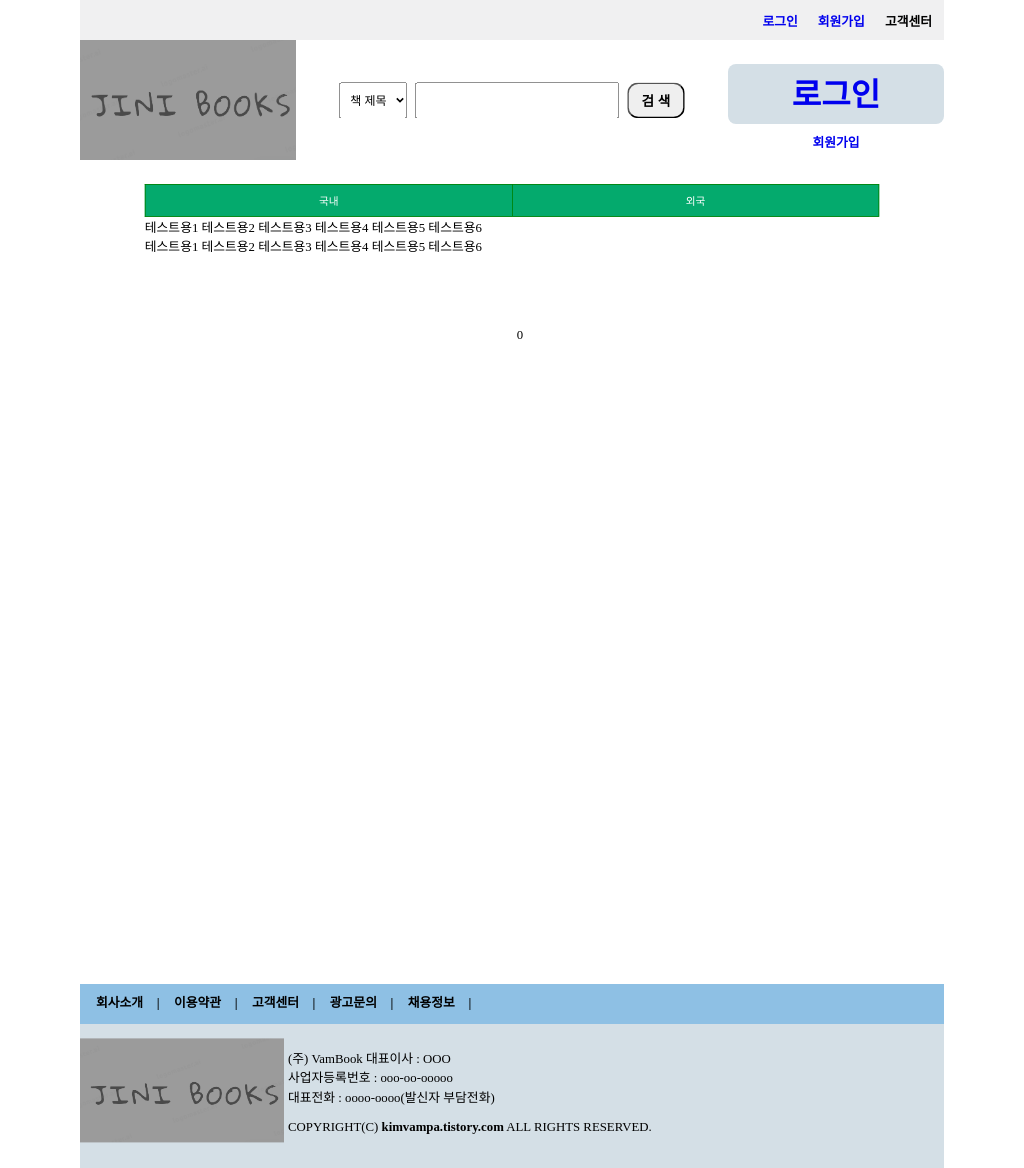
Repository: leechanjin7/ShoppingMall
Page: http://localhost/ShoppingMall/WEB-INF/views/search.jsp
These files come from the project's save history. The page is drawn as it stood at one moment and after the next save; the edit follows.
The browser window is 1280 px wide. The pictures show the whole page, at 80% of full size.
The pointer rests on the first visible `.filter_button`.
The page is served by Tomcat 9. Nobody is signed in. The template is opened directly, without the code that normally fills it, so the values that code supplies are empty.

Above is the page before, as saved 2023-09-12 02:26:05.

After the next save:
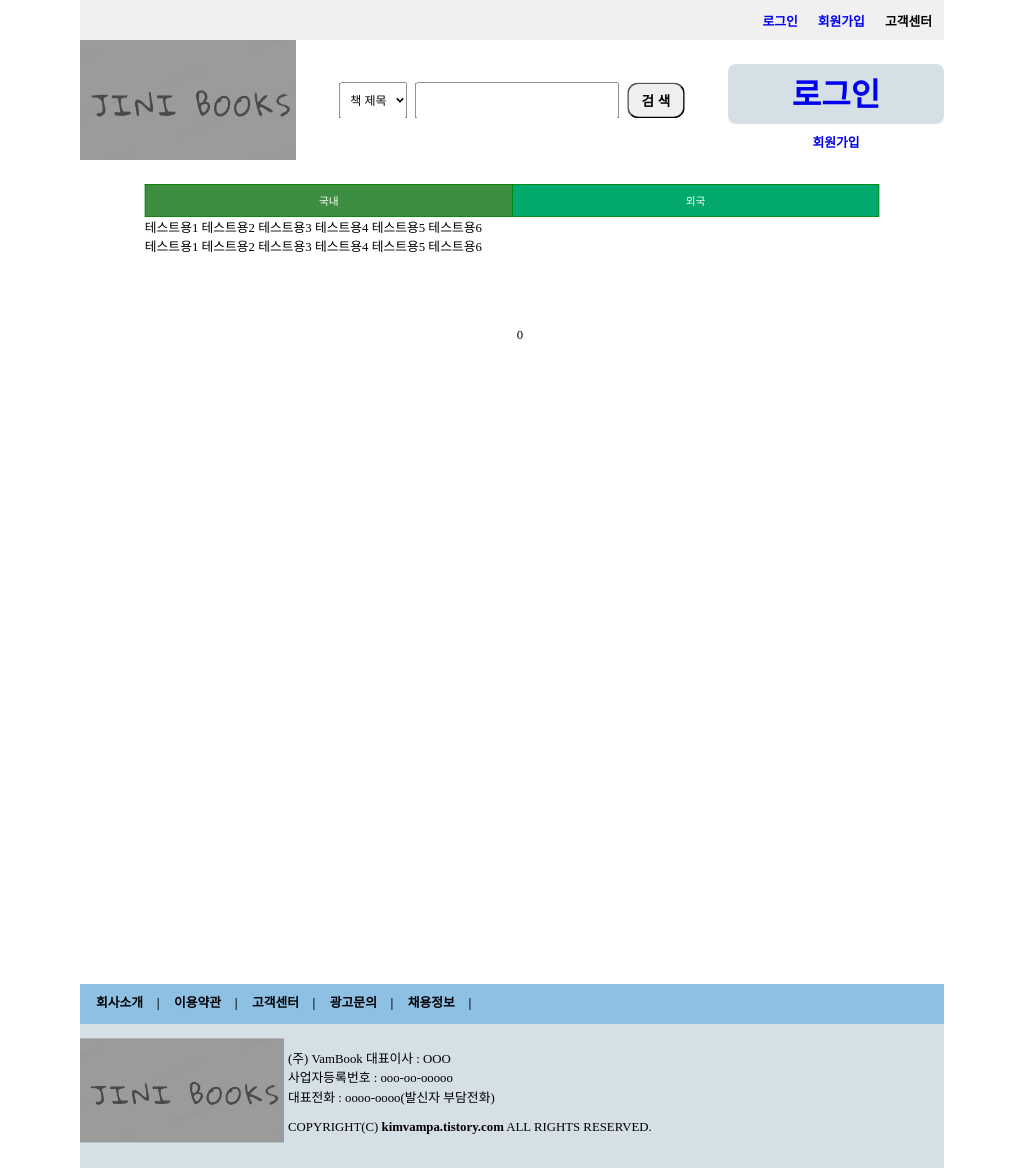
Saved 14 s later.
--- a/workspace/ShoppingMall/src/main/webapp/resources/css/search.css
+++ b/workspace/ShoppingMall/src/main/webapp/resources/css/search.css
@@ -327,6 +327,10 @@ a {
 .filter_button_wrap button:not(:last-child) {
     border-right: none;
 }
+
+.filter_button:hover {
+    background-color: #3e8e41;
+}
 /* footer navai 영역 */
 .footer_nav {
 	width: 100%;
